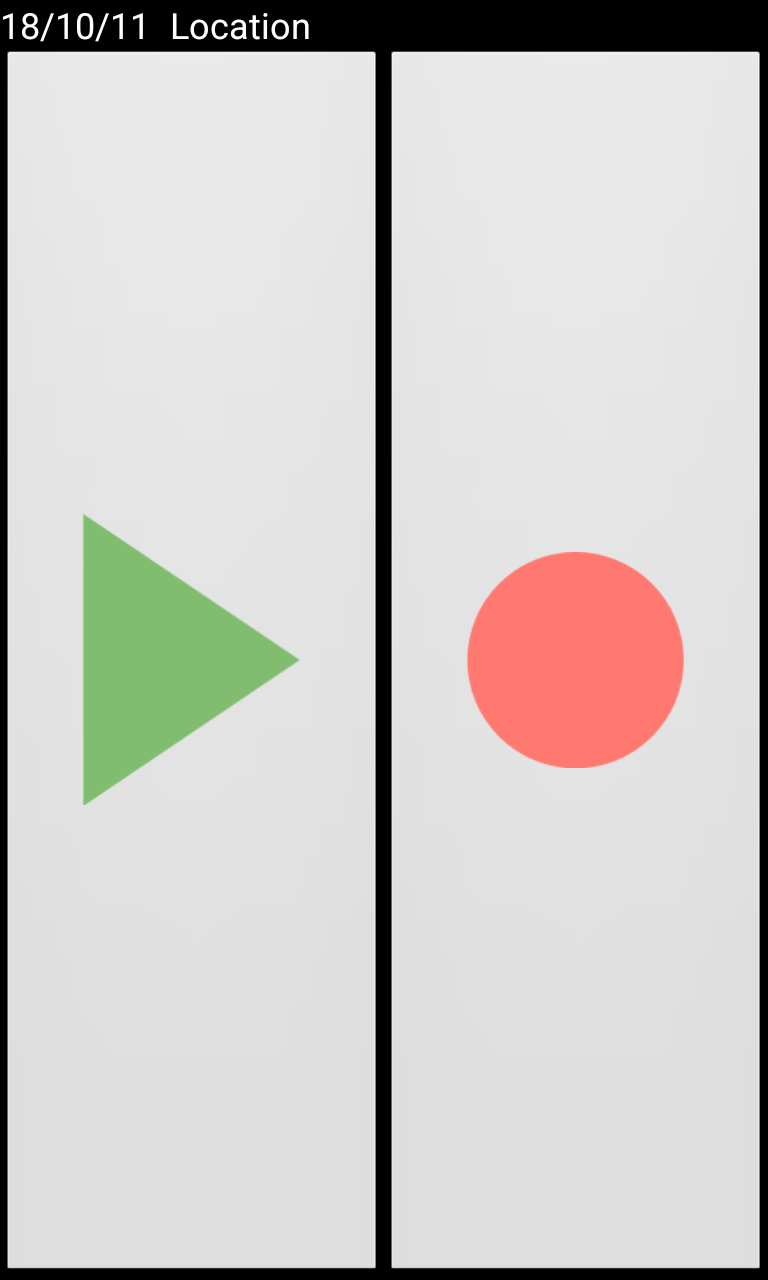
Repository: aikuma/aikuma
Layout: BOLDApp/res/layout/listen.xml
The author's editor kept a copy of each file at every save. The layout is drawn from the files as they stood at one save, then again after the next save.
It is drawn on a 768 x 1280 px phone screen (xhdpi) without system bars, with theme android:Theme; the app's code is not run.

Above is the layout before, as saved 2011-07-29 03:26:44.

### BOLDApp/res/layout/listen.xml
<?xml version="1.0" encoding="utf-8"?>
<LinearLayout xmlns:android="http://schemas.android.com/apk/res/android"
    android:layout_width="fill_parent"
    android:layout_height="fill_parent"
    android:orientation="vertical" android:baselineAligned="false">
    <LinearLayout android:layout_width="match_parent" android:id="@+id/linearLayout1" android:layout_height="wrap_content" android:layout_weight="0">
        <TextView android:layout_width="wrap_content" android:text="18/10/11" android:textAppearance="?android:attr/textAppearanceMedium" android:id="@+id/textView1" android:layout_height="wrap_content" android:layout_gravity="center"></TextView>
        <TextView android:layout_width="wrap_content" android:text="Location" android:textAppearance="?android:attr/textAppearanceMedium" android:layout_height="wrap_content" android:id="@+id/textView2" android:layout_marginLeft="10dip" android:layout_gravity="center"></TextView>
    </LinearLayout>
    <LinearLayout android:layout_width="match_parent" android:id="@+id/linearLayout2" android:layout_height="wrap_content" android:layout_weight="0">
        <HorizontalScrollView android:id="@+id/horizontalScrollView1" android:layout_width="wrap_content" android:layout_height="wrap_content">
            <LinearLayout android:layout_width="match_parent" android:layout_height="match_parent" android:orientation="horizontal" android:id="@+id/timeline">
            </LinearLayout>
        </HorizontalScrollView>
    </LinearLayout>
    <LinearLayout android:layout_height="wrap_content" android:layout_width="match_parent" android:id="@+id/linearLayout3" android:layout_weight="1">
        <ImageButton android:layout_weight="1" android:layout_height="match_parent" android:layout_width="match_parent" android:layout_gravity="right" android:id="@+id/playButton" android:src="@drawable/button_play"></ImageButton>
        <ImageButton android:layout_width="match_parent" android:layout_height="match_parent" android:layout_weight="1" android:id="@+id/recordButton" android:src="@drawable/button_record" android:scaleType="center"></ImageButton>
    </LinearLayout>
</LinearLayout>

After the next save:
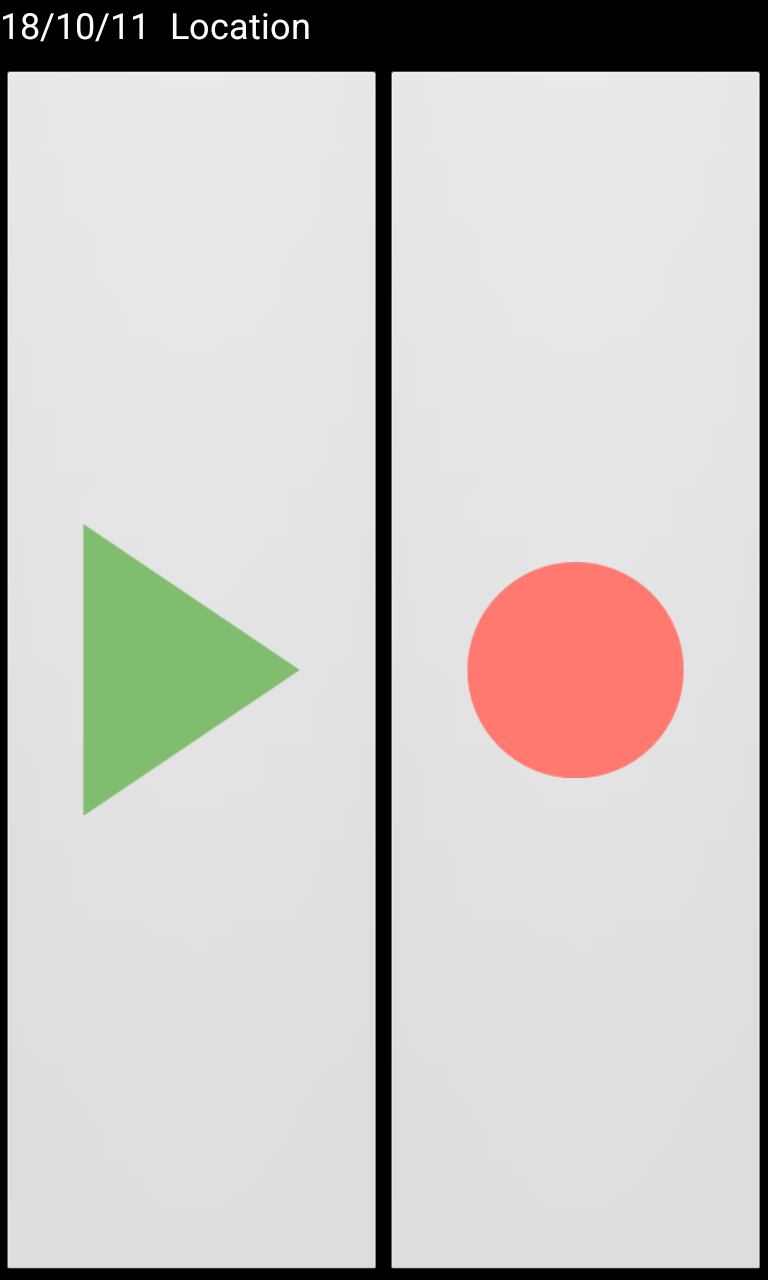
Saved 4 h 28 min later.
--- a/BOLDApp/res/layout/listen.xml
+++ b/BOLDApp/res/layout/listen.xml
@@ -8,7 +8,7 @@
         <TextView android:layout_width="wrap_content" android:text="Location" android:textAppearance="?android:attr/textAppearanceMedium" android:layout_height="wrap_content" android:id="@+id/textView2" android:layout_marginLeft="10dip" android:layout_gravity="center"></TextView>
     </LinearLayout>
     <LinearLayout android:layout_width="match_parent" android:id="@+id/linearLayout2" android:layout_height="wrap_content" android:layout_weight="0">
-        <HorizontalScrollView android:id="@+id/horizontalScrollView1" android:layout_width="wrap_content" android:layout_height="wrap_content">
+        <HorizontalScrollView android:id="@+id/horizontalScrollView1" android:layout_width="wrap_content" android:layout_height="wrap_content" android:layout_margin="5dip">
             <LinearLayout android:layout_width="match_parent" android:layout_height="match_parent" android:orientation="horizontal" android:id="@+id/timeline">
             </LinearLayout>
         </HorizontalScrollView>
